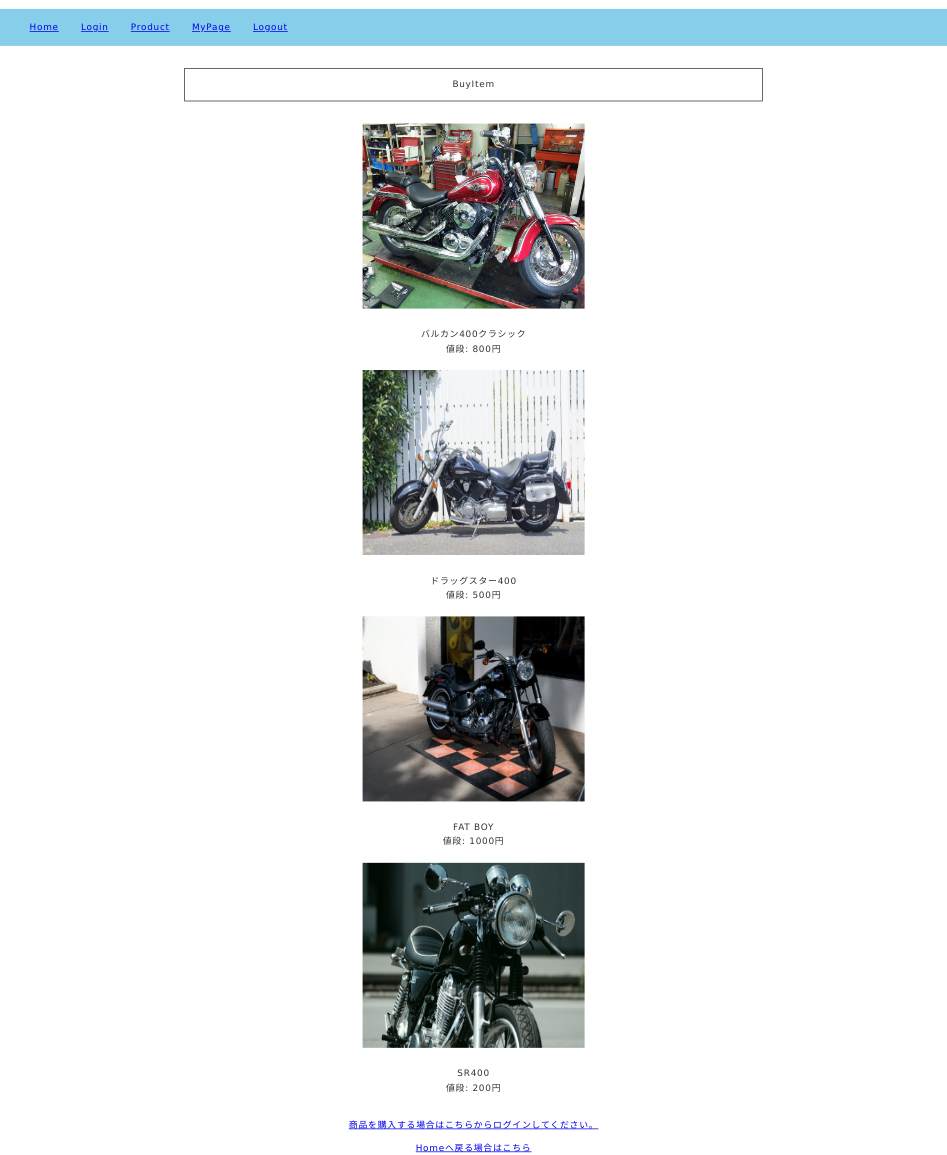
Repository: RYOYAEGAWA/test
Page: http://localhost/ecsite_a/ProductPageAction.action
The author's editor kept a copy of each file at every save. The page is drawn from the files as they stood at one save, then again after the next save.
The browser window is 1280 px wide. The pictures show the whole page, at 74% of full size.
The page is served by Tomcat 9. The database holds what the project's SQL file puts in it.

Above is the page before, as saved 2018-05-28 08:30:20.

After the next save:
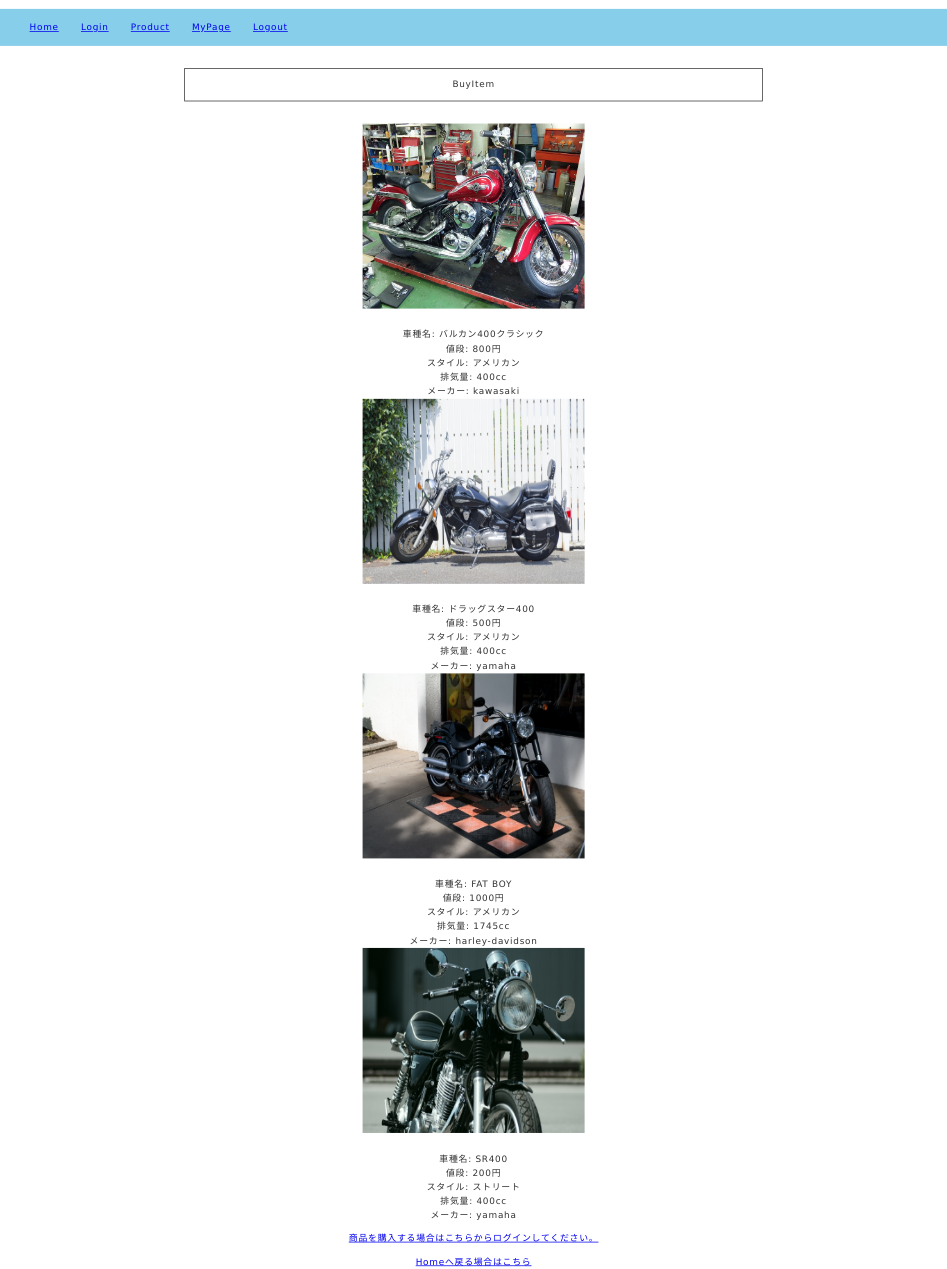
Saved 24 s later.
--- a/java/Eclipse_Data/ecsite_a/WebContent/BuyItemNotLogin.jsp
+++ b/java/Eclipse_Data/ecsite_a/WebContent/BuyItemNotLogin.jsp
@@ -83,13 +83,20 @@
 
 			<br><br>
 
+			<span>車種名:</span>
 			<s:property value="itemName" /><br>
 
 			<span>値段:</span>
-
 			<s:property value="itemPrice" /><span>円</span><br>
 
-			<br>
+			<span>スタイル:</span>
+			<s:property value="style" /><br>
+
+			<span>排気量:</span>
+			<s:property value="engine_cc" /><span>cc</span><br>
+
+			<span>メーカー:</span>
+			<s:property value="makerName" /><br>
 
 			<%-- <span>購入個数:</span>
 
